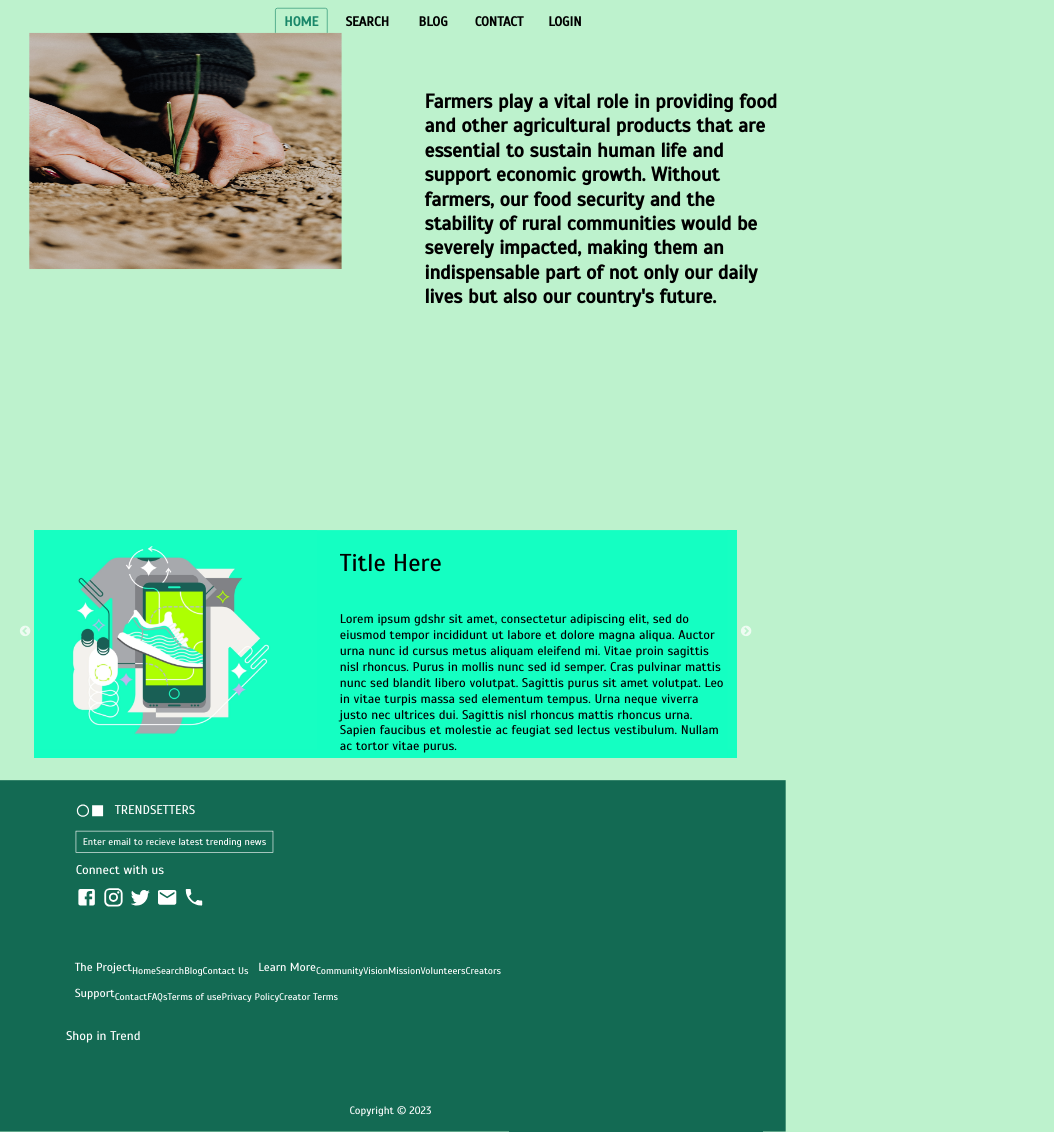
Repository: PRACHIP09/TRINIT_PICO-ZEN_DEV03
Page: /
These files come from the project's save history. The page is drawn as it stood at one moment and after the next save; the edit follows.
The browser window is 1280 px wide. The page is 1728 px wide, so the pictures cover 1728 px, including what lies to the right of the window. The pictures show the whole page, at 61% of full size.
Pictures or frames that could not be fetched are drawn as grey boxes. Some web fonts or font styles are not loaded; a fallback is used. The project was rebuilt for these pictures with package versions that can differ from the ones it lists, and the page was loaded fresh each time. Some packages were replaced by stand-ins written for this rebuild. Also part of the build but not shown: src/App.css, src/Pages/Login.jsx, src/Pages/Signup.jsx, src/Pages/Contact.jsx, src/Components/ChatBot/Chatbot.jsx, src/Components/ChatBot/Footer.jsx, src/Components/Farmernavbar/Mobilenavbar.jsx, src/Components/Farmernavbar/NavbarF.jsx and 28 more.

Above is the page before, as saved 2023-02-11 22:52:39.

### src/index.css
@import url('https://fonts.googleapis.com/css2?family=Sacramento&family=Source+Serif+4:ital,opsz,wght@0,8..60,400;0,8..60,600;1,8..60,400;1,8..60,500;1,8..60,700&family=Tangerine:wght@700&display=swap');
body {
  margin: 0;
  font-family: -apple-system, BlinkMacSystemFont, 'Segoe UI', 'Roboto', 'Oxygen',
    'Ubuntu', 'Cantarell', 'Fira Sans', 'Droid Sans', 'Helvetica Neue',
    sans-serif;
  -webkit-font-smoothing: antialiased;
  -moz-osx-font-smoothing: grayscale;
  text-align: center;
  background-color: #BDF2CD;
}

code {
  font-family: source-code-pro, Menlo, Monaco, Consolas, 'Courier New',
    monospace;
}

.top-marg{
  margin-top: 18rem;
}
.top-marg-signup{
  margin-top: 15rem;
}
.hide-feature{
  display: none;
}
@media screen and (max-width: 900px) {
  .top-marg, .top-marg-signup{
    margin-top: 4rem;
  }
}

### src/Pages/HomePage.jsx
import React from 'react'
import { Grid } from '@mui/material'
import "slick-carousel/slick/slick.css";
import "slick-carousel/slick/slick-theme.css";
import Slider from "react-slick";
import wallpaper1 from "../Images/wallpaper1.webp"
import wallpaper2 from "../Images/wallpaper2.webp"
import wallpaper3 from "../Images/wallpaper3.webp"
import wallpaper4 from "../Images/wallpaper4.webp"
import image from "../Images/main_homepage.jpg"
import { Link } from 'react-router-dom';
const HomePage = () => {
  const settings = {
    infinite: true,
    speed: 5000,
    slidesToShow: 1,
    slidesToScroll: 1,
    autoplay: true,
    autoplaySpeed: 10000,
  };
  const wallp = [wallpaper1, wallpaper2, wallpaper3, wallpaper4];
  return (
    <div>
      <Grid container spacing={2}>
      <Grid container spacing={2}>
        <Grid item xs={12}>
          <Grid container spacing={2}>
            <Grid item xs={6}>
              <img src={image} style={{ height:"50%",width: "80%" }} />
            </Grid>
            <Grid item xs={6}>
              <Grid container spacing={2}>
                <Grid item xs={12} style={{ fontSize: "2rem", fontWeight: "700", textAlign: "left", paddingLeft: "10vh", paddingTop: "15vh" }}>
               Farmers play a vital role in providing food and other agricultural products that are essential to sustain human life and support economic growth. Without farmers, our food security and the stability of rural communities would be severely impacted, making them an indispensable part of not only our daily lives but also our country's future.
                </Grid>
                <Grid item xs={12} style={{ textAlign: "left", paddingLeft: "10vh" }}>
                              {/* <Button style={{ fontSize: "1.1rem", backgroundColor: "green", padding: "1vh 5vh", color: "white" }} >Connect with Farmers</Button> */}
                </Grid>
              </Grid>
            </Grid>
          </Grid>
        </Grid>
</Grid>



        <Grid item xs={12} style={{padding:"0vh 10vh"}}>
          {/*phoo*/}
          <Slider {...settings}>
            {wallp.map(item => {
              return (
                <div>
                  <Grid container spacing={2}>
                    {/*hero*/}

                    <Grid item xs={12} style={{
                      marginTop: "8vh", backgroundColor: "#14FFC2"}}>
                      <Grid container spacing={2}>
                        <Grid item xs={12} sm={12} md={5} style={{backgroundImage: `url(${item})`,
                      backgroundSize: 'contain', backgroundRepeat: "no-repeat" , height:"50vh", textAlign:"center"}}></Grid>
                        <Grid item xs={12} sm={12} md={7} style={{overflow:"hidden"}}>
                          <div style={{ fontSize: "2.5rem", textAlign: "left", marginTop: "2%", padding: "0vh 2vh" }}>
                            Title Here</div>
                          <div style={{ fontSize: "1.3rem", textAlign: "left", marginTop: "7%", padding: "1vh 2vh" }}>
                            Lorem ipsum gdshr sit amet, consectetur adipiscing elit, sed do eiusmod tempor incididunt ut labore et dolore magna aliqua. Auctor urna nunc id cursus metus aliquam eleifend mi.
                            Vitae proin sagittis nisl rhoncus. Purus in mollis nunc sed id semper. Cras pulvinar mattis nunc sed blandit libero volutpat.
                            Sagittis purus sit amet volutpat. Leo in vitae turpis massa sed elementum tempus. Urna neque viverra justo nec ultrices dui.
                            Sagittis nisl rhoncus mattis rhoncus urna. Sapien faucibus et molestie ac feugiat sed lectus vestibulum. Nullam ac tortor vitae purus.
                          </div>
                        </Grid>
                      </Grid>
                    </Grid>
                  </Grid>
                </div>
              )
            })}
          </Slider>
        </Grid>
      </Grid>

    </div>
  )
}

export default HomePage

### src/Components/ChatBot/Navbar.jsx
import React, { useState } from 'react'
import './Navbar.css';
import { Grid, Drawer } from '@mui/material';
import { NavLink } from 'react-router-dom';
import SmartToyIcon from '@mui/icons-material/SmartToy';
import Modal from "react-modal";
import SimpleForm from './Chatbot';
import ArrowForwardIosIcon from '@mui/icons-material/ArrowForwardIos';
import ArrowBackIosIcon from '@mui/icons-material/ArrowBackIos';
import Mobilenavbar from './Mobilenavbar';

const Navbar = () => {

  const [ModalOpen, setModalOpen] = useState(false);
  const [open, setOpen] = React.useState(false);
  const handleDrawerOpen = () => {
    setOpen(true);
  };
  const handleDrawerClose = () => {
    setOpen(false);
  };
  return (
    <div>
      <Grid container spacing={2} sx={{ padding: "3vh 0vh", textAlign: "center" }}>
        <Grid item xs={12} className="webnavbar">
          <Grid container spacing={2}
            sx={{ fontSize: "1.35rem", textDecoration: "none", textAlign: "center", marginLeft:"60vh"}}>
            <Grid item xs={1}>
              <NavLink exact activeClassName="active" to='/' className="indicator">HOME</NavLink>
            </Grid>
            <Grid item xs={1}>
              <NavLink activeClassName="active" to='/search' className="indicator">SEARCH</NavLink>
            </Grid>
            <Grid item xs={1}>
              <NavLink activeClassName="active" to='/blog' className="indicator">BLOG</NavLink>
            </Grid>
            <Grid item xs={1}>
              <NavLink activeClassName="active" to='/contactus' className="indicator">CONTACT</NavLink>
            </Grid>
            <Grid item xs={1}>
              <NavLink activeClassName="active" to='/login' className="indicator">LOGIN</NavLink>
            </Grid>
          </Grid>
        </Grid>
        <Grid item xs={8}
          style={{ textAlign: "right" }}
          className="mobilenavbar">
          <ArrowBackIosIcon style={{ width: "2rem", height: "2rem", cursor: "pointer" }}
            onClick={handleDrawerOpen} />
        </Grid>
      </Grid>
      <Drawer
        sx={{
          width: 500,
          flexShrink: 0,
          '& .MuiDrawer-paper': {
            width: 350,
            paddingRight: "2rem",
            boxShadow: "none",
            border: "none",
            boxSizing: 'border-box',
            backgroundColor: "#BDF2CD"
          },

        }}
        variant="persistent"
        anchor="right"
        open={open}
      >
        <ArrowForwardIosIcon onClick={handleDrawerClose}
          style={{ height: "2rem", width: "2rem", cursor: "pointer", marginLeft: "90%", marginTop: "2.5vh" }} />
        <Mobilenavbar />
      </Drawer>
    </div>
  )
}

export default Navbar

### src/Components/ChatBot/Navbar.css
@import url('https://fonts.googleapis.com/css2?family=Barrio&family=Cinzel+Decorative&family=La+Belle+Aurore&family=Lavishly+Yours&family=Libre+Barcode+128+Text&family=Libre+Barcode+39&family=Libre+Barcode+39+Text&family=Marck+Script&family=Monoton&family=Ms+Madi&family=Oranienbaum&family=Scada&family=Zilla+Slab+Highlight&display=swap');

body {
  font-family: 'Scada', sans-serif;
}

.active {
  text-decoration: none;
  color: #198769 !important;
  padding:1vh 2vh;
  border: 1px solid #198769;
  border-radius: 0.5vh;
}

.indicator {
  text-decoration: none;
  color: black;
  font-weight: 600;
}

.mobilehead {
  font-family: 'Ms Madi', cursive;
  font-weight: 600;

}

.fashionhead {
  font-family: 'Libre Barcode 128 Text', cursive;
}

.elchead {
  font-family: 'Cinzel Decorative', cursive;
}

.btn {
  font-family: 'Scada', sans-serif;
}

.btnstyle {
  font-family: 'La Belle Aurore', cursive;
}

.cards :hover {
  background-color: #7e3535;
  border: 3px solid #f8f8f8;
}

button {
  cursor: pointer;
  font: inherit;
  margin: 0;
  padding: 0;
}

.button {
  background-color: #404663;
  color: #fff;
  border: 0;
  font-size: 2rem;
  font-weight: 400;
  padding: 0.5em 1.25em;
  border-radius: 0.5em;
  z-index: 999;
  position: relative;
  display: flex;
  gap: 0.5em;
  box-shadow:
    0px 1.7px 2.2px rgba(0, 0, 0, 0.02),
    0px 4px 5.3px rgba(0, 0, 0, 0.028),
    0px 7.5px 10px rgba(0, 0, 0, 0.035),
    0px 13.4px 17.9px rgba(0, 0, 0, 0.042),
    0px 25.1px 33.4px rgba(0, 0, 0, 0.05),
    0px 60px 80px rgba(0, 0, 0, 0.07);
}

.button:active {
  transform: scale(1.01);
}

.navbarfix {
  top: 0;
  background-color: #7e3535;
  position: -webkit-sticky;
  position: sticky;
  display: block;

}

.fashioninner {
  text-decoration: none;
  color: "black";
  font-family: 'Libre Barcode 128 Text', cursive;
  font-size: 4rem;
}

.mobileinner {
  text-decoration: none;
  color: "black";
  font-family: 'Ms Madi', cursive;
  font-weight: 600;
  font-size: 3.2rem;

}

.travelinner {
  text-decoration: none;
  color: "black";
  font-family: 'Ms Madi', cursive;
  font-weight: 600;
  font-size: 3.2rem;
}

.electronicsinner {
  text-decoration: none;
  color: "black";
  font-family: 'Cinzel Decorative', cursive;
  font-size: 1.8rem;
  margin-top: 5vh;
  font-weight: 600;
}

.electricalinner {
  text-decoration: none;
  color: "black";
  font-family: 'Cinzel Decorative', cursive;
  font-size: 1.8rem;
  font-weight: 600;
}

.homeinner {
  text-decoration: none;
  color: "black";
  font-family: 'La Belle Aurore', cursive;
  font-weight: 600;
  font-size: 2.2rem;
}

.groceryinner {
  text-decoration: none;
  color: "black";
  font-size: 2.5rem;
  font-weight: 600;
  letter-spacing: 2px;
}



@media screen and (min-width: 900px) {
  .mobilenavbar {
    display: none;
  }
}

@media screen and (max-width: 900px) {
  .webnavbar {
    display: none;
  }
}

### src/Components/ChatBot/Mobilenavbar.jsx
import React, { useState } from 'react'
import './Navbar.css';
import { Grid } from '@mui/material';
import { NavLink } from 'react-router-dom';
const Mobilenavbar = () => {
    return (
        <div>
            <Grid container spacing={2}
                sx={{ fontSize: "1.35rem", textDecoration: "none" }}>
                <Grid item xs={12}>
                    <NavLink exact activeClassName="active" to='/' className="indicator">HOME</NavLink>
                </Grid>
                <Grid item xs={12}>
                    <NavLink activeClassName="active" to='/trends' className="indicator">TRENDS</NavLink>
                </Grid>
                <Grid item xs={12}>
                    <NavLink activeClassName="active" to='/blog' className="indicator">BLOG</NavLink>
                </Grid>
                <Grid item xs={12}>
                    <NavLink activeClassName="active" to='/contactus' className="indicator">CONTACT US</NavLink>
                </Grid>
                <Grid item xs={2}>
              <NavLink activeClassName="active" to='/login' className="indicator">LOGIN/SIGNUP</NavLink>
            </Grid>
            </Grid>
        </div>
    )
}

export default Mobilenavbar

### src/Components/Farmernavbar/Navbar.css
@import url('https://fonts.googleapis.com/css2?family=Barrio&family=Cinzel+Decorative&family=La+Belle+Aurore&family=Lavishly+Yours&family=Libre+Barcode+128+Text&family=Libre+Barcode+39&family=Libre+Barcode+39+Text&family=Marck+Script&family=Monoton&family=Ms+Madi&family=Oranienbaum&family=Scada&family=Zilla+Slab+Highlight&display=swap');
body{
    font-family: 'Scada', sans-serif;
}
.active{
    text-decoration: none;
    color:#198769 !important;

}
.indicator
{
    text-decoration: none;
    color: black;
    font-weight: 600;
}
.mobilehead
{
    font-family: 'Ms Madi', cursive;
    font-weight: 600;

}
.fashionhead
{
    font-family: 'Libre Barcode 128 Text', cursive;
}
.elchead{
    font-family: 'Cinzel Decorative', cursive;
}
.btn
{
    font-family: 'Scada', sans-serif;
}
.btnstyle
{
    font-family: 'La Belle Aurore', cursive;
}
.cards :hover
{
    background-color: #7e3535;
    border:3px solid #f8f8f8;
}

button {
    cursor: pointer;
    font: inherit;
    margin: 0;
    padding: 0;
  }

  .button {
    background-color: #404663;
    color: #fff;
    border: 0;
    font-size: 2rem;
    font-weight: 400;
    padding: 0.5em 1.25em;
    border-radius: 0.5em;
    z-index: 999;
    position: relative;
    display: flex;
    gap: 0.5em;
    box-shadow:
      0px 1.7px 2.2px rgba(0, 0, 0, 0.02),
      0px 4px 5.3px rgba(0, 0, 0, 0.028),
      0px 7.5px 10px rgba(0, 0, 0, 0.035),
      0px 13.4px 17.9px rgba(0, 0, 0, 0.042),
      0px 25.1px 33.4px rgba(0, 0, 0, 0.05),
      0px 60px 80px rgba(0, 0, 0, 0.07);
  }

  .button:active {
    transform: scale(1.01);
  }
  .navbarfix{
    top:0;
    background-color: #7e3535;
    position: -webkit-sticky;
    position: sticky;
    display: block;

  }
  .fashioninner{
    text-decoration: none;
    color:"black";
    font-family: 'Libre Barcode 128 Text', cursive;
    font-size: 4rem;
  }
  .mobileinner{
    text-decoration: none;
    color:"black";
    font-family: 'Ms Madi', cursive;
    font-weight: 600;
    font-size: 3.2rem;

  }
  .travelinner{
    text-decoration: none;
    color:"black";
    font-family: 'Ms Madi', cursive;
    font-weight: 600;
    font-size: 3.2rem;
  }
  .electronicsinner{
    text-decoration: none;
    color:"black";
    font-family: 'Cinzel Decorative', cursive;
    font-size: 1.8rem;
    margin-top:5vh;
    font-weight: 600;
  }
  .electricalinner{
    text-decoration: none;
    color:"black";
    font-family: 'Cinzel Decorative', cursive;
    font-size: 1.8rem;
    font-weight: 600;
  }
  .homeinner{
    text-decoration: none;
    color:"black";
    font-family: 'La Belle Aurore', cursive;
    font-weight: 600;
    font-size: 2.2rem;
  }
  .groceryinner{
    text-decoration: none;
    color:"black";
    font-size: 2.5rem;
    font-weight: 600;
    letter-spacing: 2px;
  }



@media screen and (min-width: 900px) {
  .mobilenavbar{
      display:none;
  }
}
@media screen and (max-width: 900px) {
  .webnavbar{
      display:none;
  }
}

### src/Components/Enthusiastsnavbar/Navbar.css
@import url('https://fonts.googleapis.com/css2?family=Barrio&family=Cinzel+Decorative&family=La+Belle+Aurore&family=Lavishly+Yours&family=Libre+Barcode+128+Text&family=Libre+Barcode+39&family=Libre+Barcode+39+Text&family=Marck+Script&family=Monoton&family=Ms+Madi&family=Oranienbaum&family=Scada&family=Zilla+Slab+Highlight&display=swap');
body{
    font-family: 'Scada', sans-serif;
}
.active{
    text-decoration: none;
    color:#198769 !important;

}
.indicator
{
    text-decoration: none;
    color: black;
    font-weight: 600;
}
.mobilehead
{
    font-family: 'Ms Madi', cursive;
    font-weight: 600;

}
.fashionhead
{
    font-family: 'Libre Barcode 128 Text', cursive;
}
.elchead{
    font-family: 'Cinzel Decorative', cursive;
}
.btn
{
    font-family: 'Scada', sans-serif;
}
.btnstyle
{
    font-family: 'La Belle Aurore', cursive;
}
.cards :hover
{
    background-color: #7e3535;
    border:3px solid #f8f8f8;
}

button {
    cursor: pointer;
    font: inherit;
    margin: 0;
    padding: 0;
  }

  .button {
    background-color: #404663;
    color: #fff;
    border: 0;
    font-size: 2rem;
    font-weight: 400;
    padding: 0.5em 1.25em;
    border-radius: 0.5em;
    z-index: 999;
    position: relative;
    display: flex;
    gap: 0.5em;
    box-shadow:
      0px 1.7px 2.2px rgba(0, 0, 0, 0.02),
      0px 4px 5.3px rgba(0, 0, 0, 0.028),
      0px 7.5px 10px rgba(0, 0, 0, 0.035),
      0px 13.4px 17.9px rgba(0, 0, 0, 0.042),
      0px 25.1px 33.4px rgba(0, 0, 0, 0.05),
      0px 60px 80px rgba(0, 0, 0, 0.07);
  }

  .button:active {
    transform: scale(1.01);
  }
  .navbarfix{
    top:0;
    background-color: #7e3535;
    position: -webkit-sticky;
    position: sticky;
    display: block;

  }
  .fashioninner{
    text-decoration: none;
    color:"black";
    font-family: 'Libre Barcode 128 Text', cursive;
    font-size: 4rem;
  }
  .mobileinner{
    text-decoration: none;
    color:"black";
    font-family: 'Ms Madi', cursive;
    font-weight: 600;
    font-size: 3.2rem;

  }
  .travelinner{
    text-decoration: none;
    color:"black";
    font-family: 'Ms Madi', cursive;
    font-weight: 600;
    font-size: 3.2rem;
  }
  .electronicsinner{
    text-decoration: none;
    color:"black";
    font-family: 'Cinzel Decorative', cursive;
    font-size: 1.8rem;
    margin-top:5vh;
    font-weight: 600;
  }
  .electricalinner{
    text-decoration: none;
    color:"black";
    font-family: 'Cinzel Decorative', cursive;
    font-size: 1.8rem;
    font-weight: 600;
  }
  .homeinner{
    text-decoration: none;
    color:"black";
    font-family: 'La Belle Aurore', cursive;
    font-weight: 600;
    font-size: 2.2rem;
  }
  .groceryinner{
    text-decoration: none;
    color:"black";
    font-size: 2.5rem;
    font-weight: 600;
    letter-spacing: 2px;
  }



@media screen and (min-width: 900px) {
  .mobilenavbar{
      display:none;
  }
}
@media screen and (max-width: 900px) {
  .webnavbar{
      display:none;
  }
}

### src/Components/Government.jsx/Navbar.css
@import url('https://fonts.googleapis.com/css2?family=Barrio&family=Cinzel+Decorative&family=La+Belle+Aurore&family=Lavishly+Yours&family=Libre+Barcode+128+Text&family=Libre+Barcode+39&family=Libre+Barcode+39+Text&family=Marck+Script&family=Monoton&family=Ms+Madi&family=Oranienbaum&family=Scada&family=Zilla+Slab+Highlight&display=swap');
body{
    font-family: 'Scada', sans-serif;
}
.active{
    text-decoration: none;
    color:#198769 !important;

}
.indicator
{
    text-decoration: none;
    color: black;
    font-weight: 600;
}
.mobilehead
{
    font-family: 'Ms Madi', cursive;
    font-weight: 600;

}
.fashionhead
{
    font-family: 'Libre Barcode 128 Text', cursive;
}
.elchead{
    font-family: 'Cinzel Decorative', cursive;
}
.btn
{
    font-family: 'Scada', sans-serif;
}
.btnstyle
{
    font-family: 'La Belle Aurore', cursive;
}
.cards :hover
{
    background-color: #7e3535;
    border:3px solid #f8f8f8;
}

button {
    cursor: pointer;
    font: inherit;
    margin: 0;
    padding: 0;
  }

  .button {
    background-color: #404663;
    color: #fff;
    border: 0;
    font-size: 2rem;
    font-weight: 400;
    padding: 0.5em 1.25em;
    border-radius: 0.5em;
    z-index: 999;
    position: relative;
    display: flex;
    gap: 0.5em;
    box-shadow:
      0px 1.7px 2.2px rgba(0, 0, 0, 0.02),
      0px 4px 5.3px rgba(0, 0, 0, 0.028),
      0px 7.5px 10px rgba(0, 0, 0, 0.035),
      0px 13.4px 17.9px rgba(0, 0, 0, 0.042),
      0px 25.1px 33.4px rgba(0, 0, 0, 0.05),
      0px 60px 80px rgba(0, 0, 0, 0.07);
  }

  .button:active {
    transform: scale(1.01);
  }
  .navbarfix{
    top:0;
    background-color: #7e3535;
    position: -webkit-sticky;
    position: sticky;
    display: block;

  }
  .fashioninner{
    text-decoration: none;
    color:"black";
    font-family: 'Libre Barcode 128 Text', cursive;
    font-size: 4rem;
  }
  .mobileinner{
    text-decoration: none;
    color:"black";
    font-family: 'Ms Madi', cursive;
    font-weight: 600;
    font-size: 3.2rem;

  }
  .travelinner{
    text-decoration: none;
    color:"black";
    font-family: 'Ms Madi', cursive;
    font-weight: 600;
    font-size: 3.2rem;
  }
  .electronicsinner{
    text-decoration: none;
    color:"black";
    font-family: 'Cinzel Decorative', cursive;
    font-size: 1.8rem;
    margin-top:5vh;
    font-weight: 600;
  }
  .electricalinner{
    text-decoration: none;
    color:"black";
    font-family: 'Cinzel Decorative', cursive;
    font-size: 1.8rem;
    font-weight: 600;
  }
  .homeinner{
    text-decoration: none;
    color:"black";
    font-family: 'La Belle Aurore', cursive;
    font-weight: 600;
    font-size: 2.2rem;
  }
  .groceryinner{
    text-decoration: none;
    color:"black";
    font-size: 2.5rem;
    font-weight: 600;
    letter-spacing: 2px;
  }



@media screen and (min-width: 900px) {
  .mobilenavbar{
      display:none;
  }
}
@media screen and (max-width: 900px) {
  .webnavbar{
      display:none;
  }
}

Loaded but not shown: public/index.html (common file); src/reportWebVitals.js (common file); src/App.js (64 lines, source omitted); src/index.js (17 lines, source omitted); src/Components/Farmernavbar/StickyFooter.jsx (178 lines, source omitted)

After the next save:
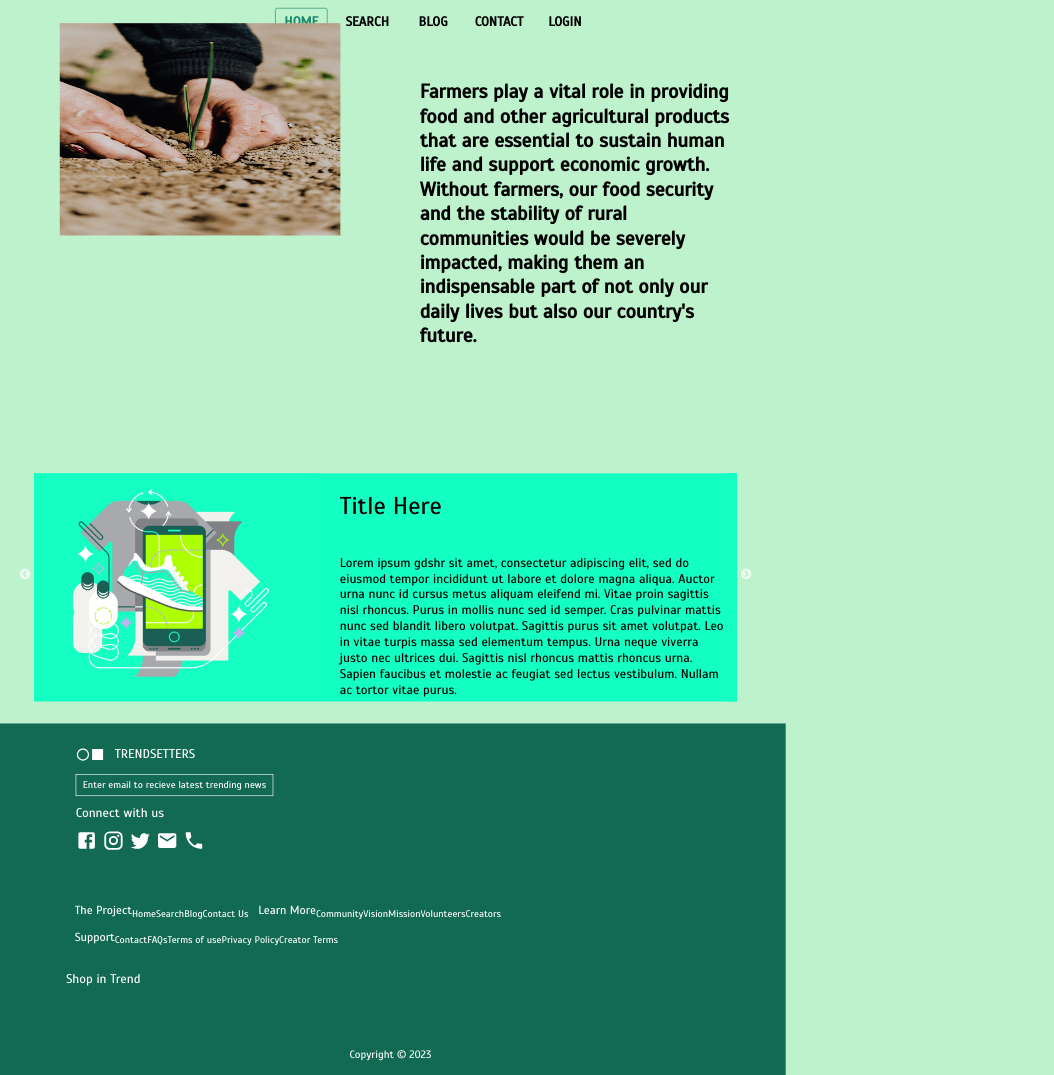
Saved 34 s later.
--- a/src/Pages/HomePage.jsx
+++ b/src/Pages/HomePage.jsx
@@ -23,7 +23,7 @@ const HomePage = () => {
     <div>
       <Grid container spacing={2}>
       <Grid container spacing={2}>
-        <Grid item xs={12}>
+        <Grid item xs={12} style={{padding:"0vh 10vh"}}>
           <Grid container spacing={2}>
             <Grid item xs={6}>
               <img src={image} style={{ height:"50%",width: "80%" }} />
@@ -41,9 +41,6 @@ const HomePage = () => {
           </Grid>
         </Grid>
 </Grid>
-
-
-
         <Grid item xs={12} style={{padding:"0vh 10vh"}}>
           {/*phoo*/}
           <Slider {...settings}>
